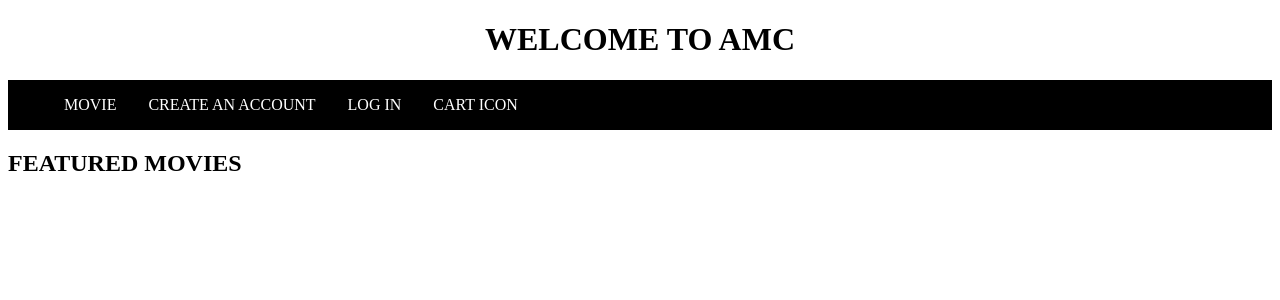
Repository: TagninaShama/CoreJavaJune2020
Page: http://localhost/FinalProject/Movies.jsp
The author's editor kept a copy of each file at every save. The page is drawn from the files as they stood at one save, then again after the next save.
The browser window is 1280 px wide. The pictures show the whole page.
The page is served by Tomcat 9.

Above is the page before, as saved 2019-11-24 19:12:46.

After the next save:
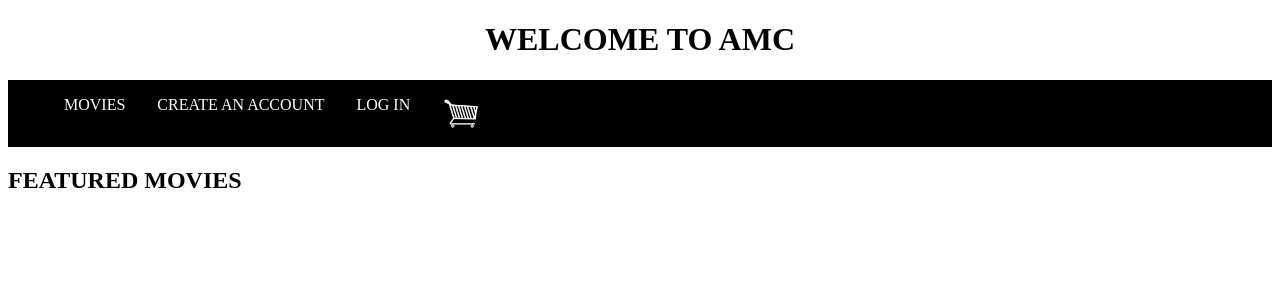
Saved 2 min 25 s later.
--- a/FinalProject/WebContent/Movies.jsp
+++ b/FinalProject/WebContent/Movies.jsp
@@ -13,10 +13,10 @@
 <h1><center>Welcome to AMC </center></h1>
 <nav>
 <ul>
-<li><a href="Movies.jsp">Movie</a></li>
+<li><a href="MovieServlet">Movies</a></li>
 <li><a href="addAccountForm">Create an Account</a></li>
 <li><a href="LogInForm">Log In </a></li>
-<li><a href="cart.jsp">Cart icon</a></li>
+<li><a href="cart.jsp" id="cartLogo"><img src="images/cart2.png" alt="" id="cartLogo"/></a></li>
 </ul>
 
 </nav>
